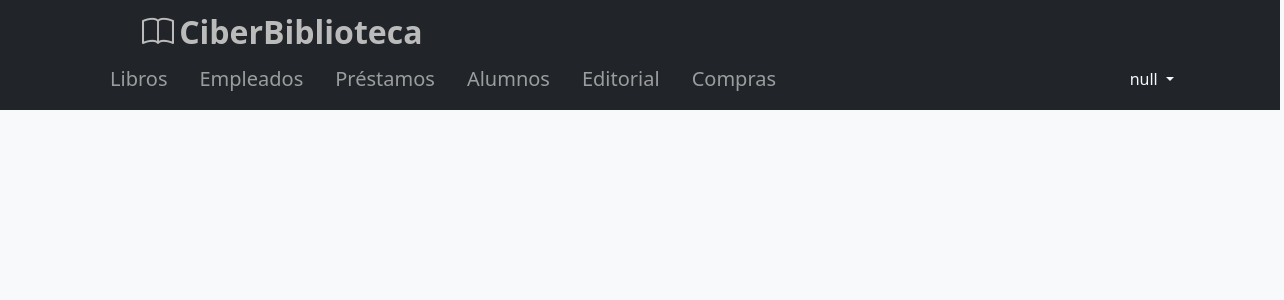
Repository: WilmerOcampo/Biblioteca_Project
Page: http://localhost/Biblioteca_Project/snippet/nav_bar.jsp
These files come from the project's save history. The page is drawn as it stood at one moment and after the next save; the edit follows.
The browser window is 1280 px wide. The page is 1280 px wide, then 1284 px, so the pictures cover 1284 px, including what lies to the right of the window. The pictures show the whole page.
The page is served by Tomcat 10.

Above is the page before, as saved 2023-06-29 21:51:27.
Not found: Biblioteca_Project/Biblioteca_Project/snippet/img/person-fill-check.svg

After the next save:
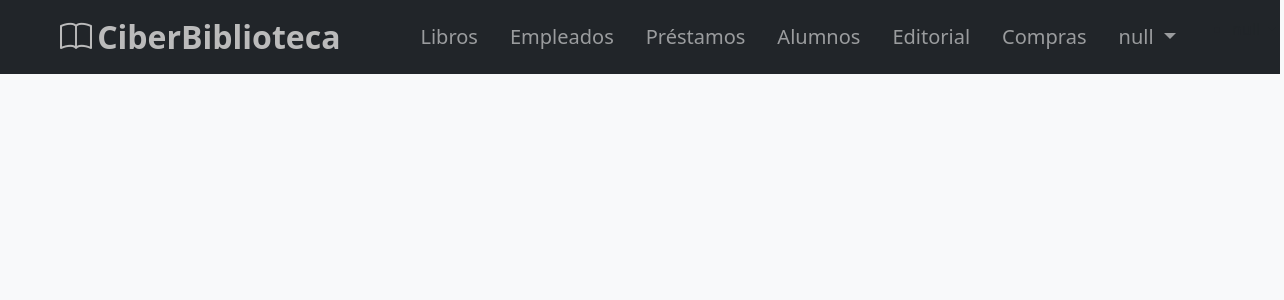
Saved 2 min 1 s later.
--- a/Biblioteca_Project/src/main/webapp/snippet/nav_bar.jsp
+++ b/Biblioteca_Project/src/main/webapp/snippet/nav_bar.jsp
@@ -11,7 +11,6 @@
 
 <!-- Inicio del menu -->
 <nav class="navbar navbar-expand-md navbar-dark bg-dark">
-<div class="container">
     <div class="container-fluid">
 
         <!-- icono o nombre -->
@@ -47,30 +46,33 @@
                 <li class="nav-item" style="margin: 0 0.5rem">
                     <a class="nav-link" href="CompraLibroServlet?listaCompras&action=listar">Compras</a>
                 </li>
+                <li class="nav-item dropdown" style="margin: 0 0.5rem">
+                    <a class="nav-link dropdown-toggle" href="#" id="navbarDropdown" role="button" data-bs-toggle="dropdown" aria-expanded="false">
+                        <%=session.getAttribute("nombre") %>
+                    </a>
+                    <ul class="dropdown-menu" aria-labelledby="navbarDropdown">
+                        <li><a class="dropdown-item" href="#">Opción 1</a></li>
+                        <li><a class="dropdown-item" href="#">Opción 2</a></li>
+                    </ul>
+                </li>
             </ul>
-           	<div class="dropdown">
-			  <button style="border: none" class="btn btn-outline-light dropdown-toggle" type="button" data-bs-toggle="dropdown" aria-expanded="false">
-			    <%=session.getAttribute("nombre") %>
-			  </button>
-			  <ul class="dropdown-menu text-center">
-			    <li><a class="dropdown-item" href="#"><img alt="Cliente" src="img/person-fill-check.svg" width="60"></a></li>
-			    <li><a class="dropdown-item" href="#"><%=session.getAttribute("telefono") %></a></li>
-			    <li><a class="dropdown-item" href="#"><%=session.getAttribute("email") %></a></li>
-			    <div class="dropdown-divider"></div>
-			    <form action="LogoutServlet" method="POST">
-			    	<button name="action" value="Salir" class="dropdown-item" href="#">Salir</button>
-			    </form>
-			  </ul>
-			</div>
 
+            <hr class="d-md-none text-white-50">
+	<ul>
+	<li class="nav-item dropdown" style="margin: 0 0.5rem">
+                    <a class="nav-link dropdown-toggle" href="#" id="navbarDropdown" role="button" data-bs-toggle="dropdown" aria-expanded="false">
+                        <%=session.getAttribute("nombre") %>
+                    </a>
+                    <ul class="dropdown-menu" aria-labelledby="navbarDropdown">
+                        <form class="d-flex" action="LogoutServlet">
+                <button class="btn btn-danger d-none d-md-inline-block" type="submit" style="font-size: 20px; font-weight: 600">Cerrar Sesión</button>
+            </form>
+                    </ul>
+                </li>
+            <!--boton Informacion -->
 
-
-            <!--boton Informacion -->
-            <!--form class="d-flex" action="LogoutServlet">
-                <button class="btn btn-danger d-none d-md-inline-block" type="submit" style="font-size: 20px; font-weight: 600">Cerrar Sesión</button>
-            </form-->
+            </ul>
         </div>
-    </div>
     </div>
 </nav>
 <br>
